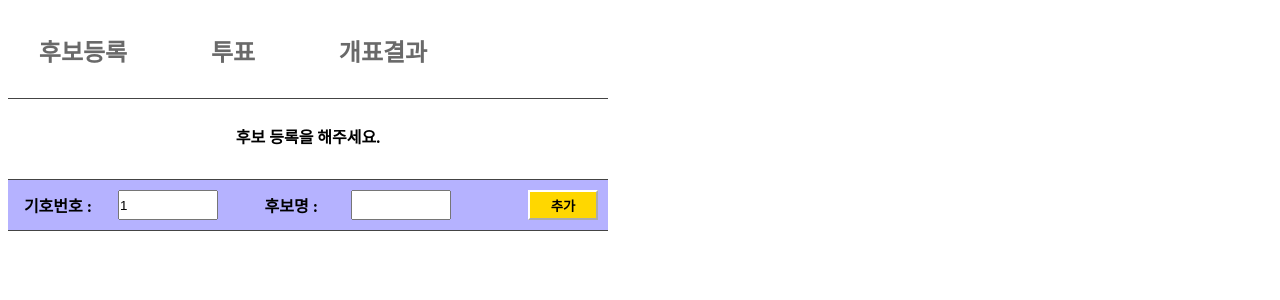
Repository: noheul1030/KOPO-HTML
Page: http://localhost/Tupyo/Tupyo/A_01.jsp
An editor plug-in stored every save of this project. The page is shown before and after the next save, followed by the edit.
The browser window is 1280 px wide. The pictures show the whole page.
The page is served by Tomcat 9. Queries for data that is not in the repository find no rows.

Above is the page before, as saved 2023-06-03 16:52:20.

After the next save:
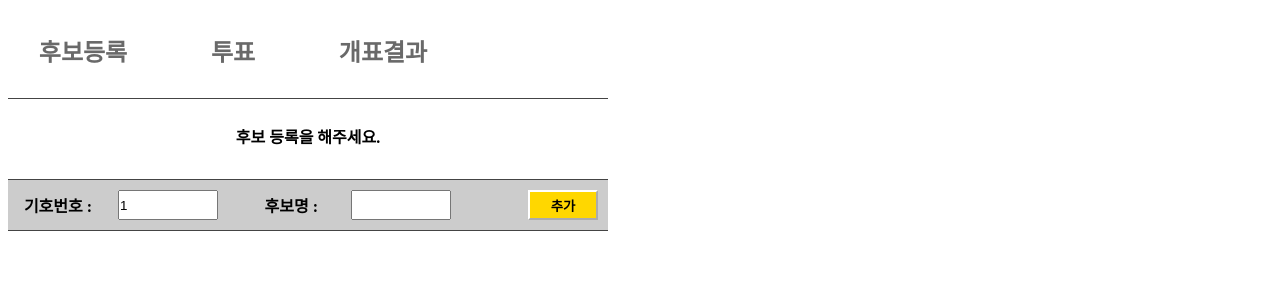
Saved 2 min 36 s later.
--- a/Tupyo/src/main/webapp/Tupyo/A_01.jsp
+++ b/Tupyo/src/main/webapp/Tupyo/A_01.jsp
@@ -97,15 +97,15 @@
 		<table>
 			<tr><td colspan="5"><h4>후보 등록을 해주세요.</h4></td></tr>
 			<tr>
-				<td bgcolor=#B5B2FF width=15% ><strong>기호번호 :</strong></td>
+				<td bgcolor=CCCCCC width=15% ><strong>기호번호 :</strong></td>
 
-				<td bgcolor=#B5B2FF align=left width=20% ><input type='text' name='TupyoID' value='<%=minID%>'readonly style="width: 100px; height: 30px; padding: 0px;"></td>
+				<td bgcolor=CCCCCC align=left width=20% ><input type='text' name='TupyoID' value='<%=minID%>'readonly style="width: 100px; height: 30px; padding: 0px;"></td>
 
-				<td bgcolor=#B5B2FF width=15% ><strong>후보명 :</strong></td>
+				<td bgcolor=CCCCCC width=15% ><strong>후보명 :</strong></td>
 
-				<td bgcolor=#B5B2FF align=left width=20% ><input type='text' pattern="^[가-힣]+$" name="name" value='' title="한글만 입력하세요." required style="width: 100px; height: 30px; padding: 0px;"></td>
+				<td bgcolor=CCCCCC align=left width=20% ><input type='text' pattern="^[가-힣]+$" name="name" value='' title="한글만 입력하세요." required style="width: 100px; height: 30px; padding: 0px;"></td>
 
-				<td bgcolor=#B5B2FF align=right width = 20%>
+				<td bgcolor=CCCCCC align=right width = 20%>
   				<input class="fourth" type="submit" value="추가" align=right style="width: 70px; height: 30px; padding: 0px;font-weight: bold;" formaction = 'A_03_H.jsp'></td>
 			</tr>
 		</table>
